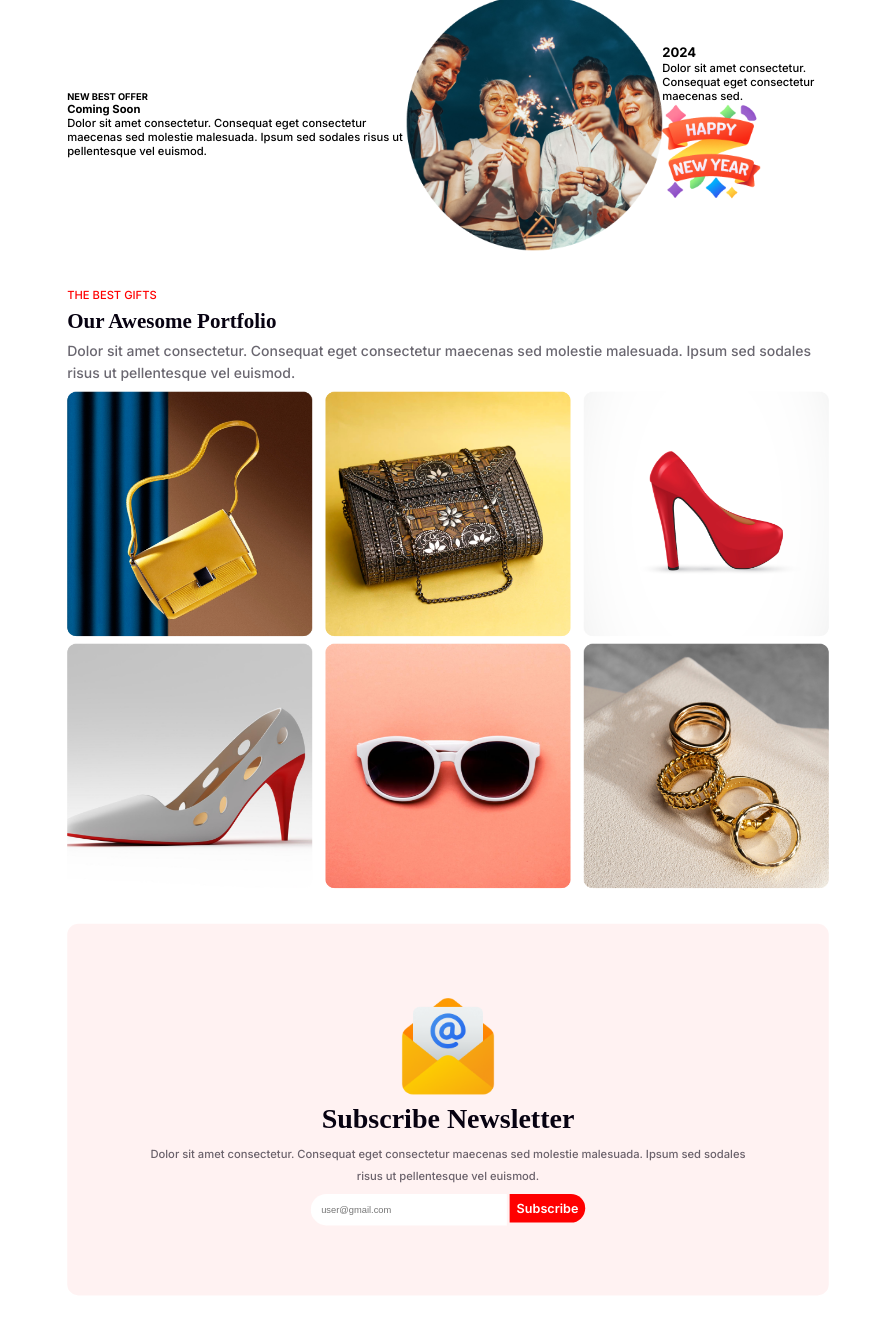
Repository: sumonkumarsarkar/new-year-2024
Page: index.html
These files come from the project's save history. The page is drawn as it stood at one moment and after the next save; the edit follows.
The browser window is 1280 px wide. The pictures show the part of the page from y = 2442 to 4362 px (the page is 4342 px tall before and 4362 px after), at 70% of full size.

Above is the page before, as saved 2024-01-08 14:13:35.

After the next save:
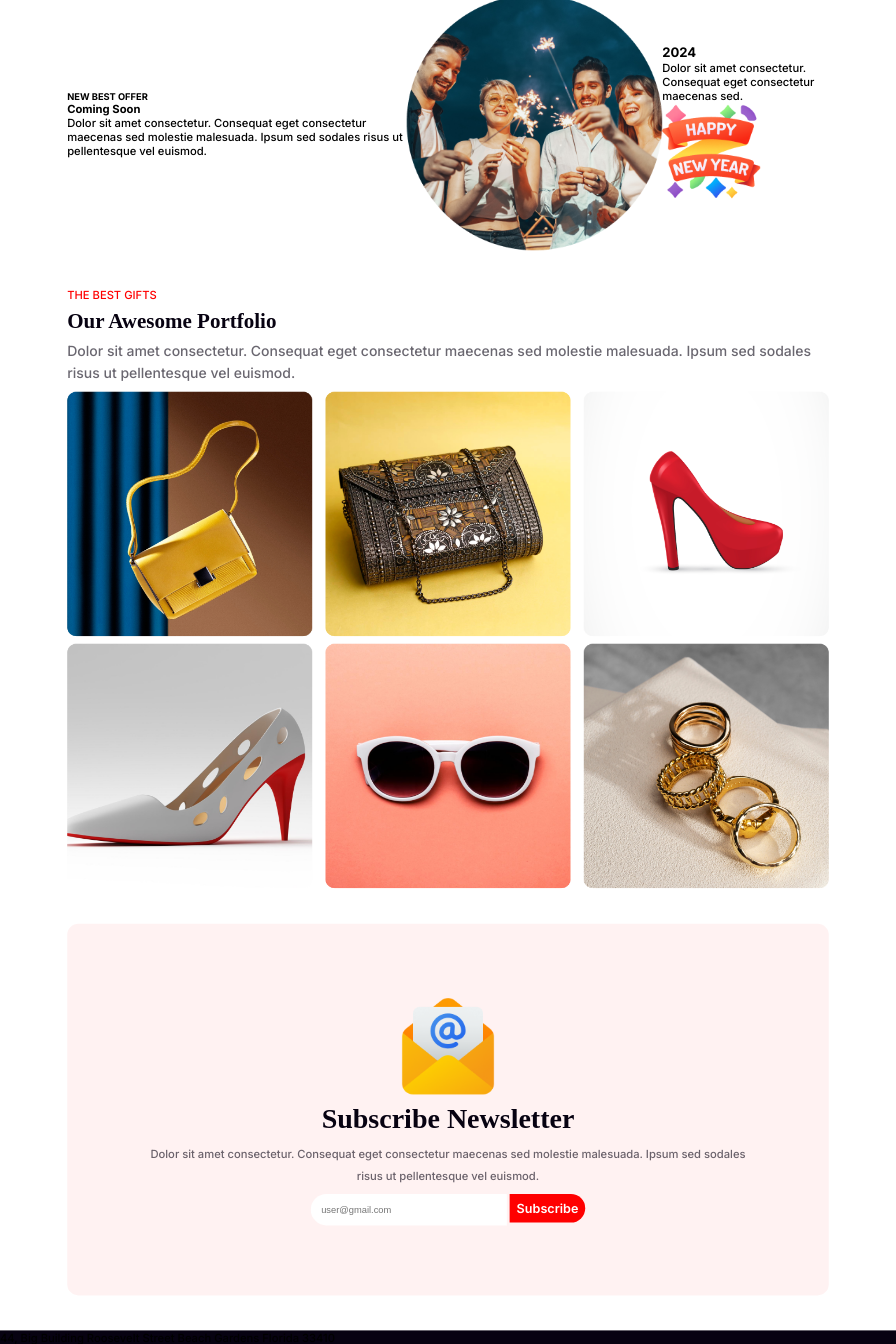
Saved 64 s later.
--- a/index.html
+++ b/index.html
@@ -149,7 +149,11 @@
     <div class="footer-cntainer">
         <div class="footer-text">
             <div class="nornal-text">
-
+                <p>44, Big Building Roosevelt Street
+                    Beach Gardens Florida 33410</p>
+            </div>
+            <div class="icon-text">
+                <p></p>
             </div>
         </div>
     </div>
